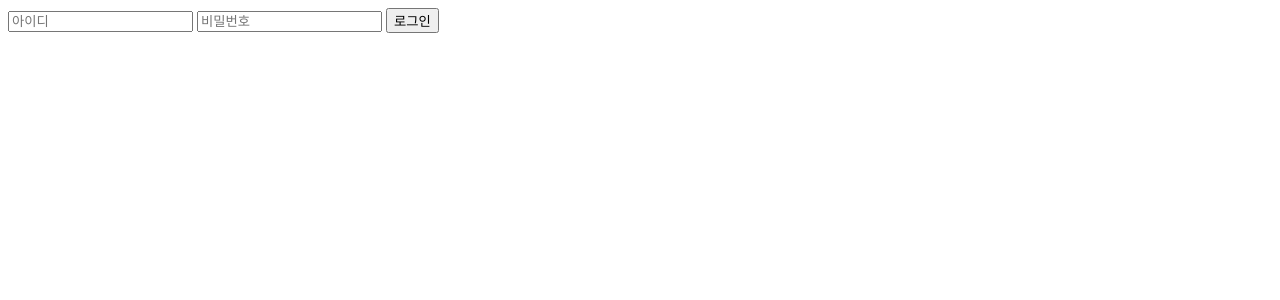
Repository: eyonghwan/jsp_practice
Page: http://localhost/JSPBasic/JspObject/1.requests/req_login_form.jsp
An editor plug-in stored every save of this project. The page is shown before and after the next save, followed by the edit.
The browser window is 1280 px wide. The pictures show the whole page.
The page is served by Tomcat 9.

Above is the page before, as saved 2022-02-04 01:26:03.

After the next save:
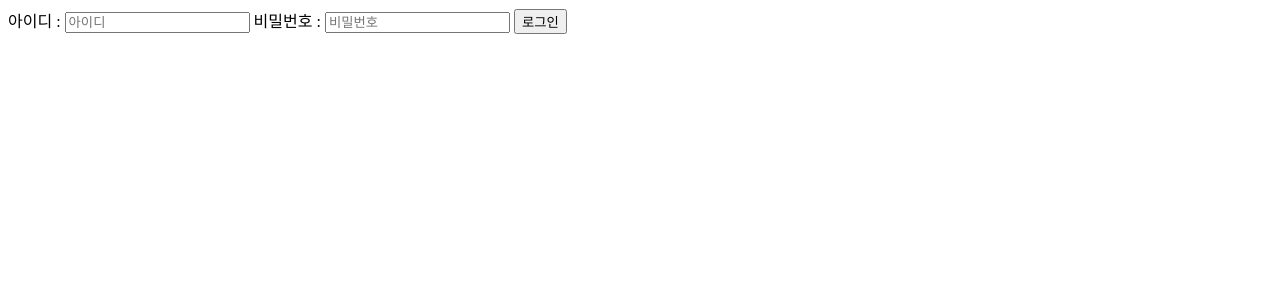
Saved 91 s later.
--- a/JSPBasic/src/main/webapp/JspObject/1.requests/req_login_form.jsp
+++ b/JSPBasic/src/main/webapp/JspObject/1.requests/req_login_form.jsp
@@ -8,8 +8,8 @@
 </head>
 <body>
 <form action="req_login_result.jsp" method="get">
-	<input type="text" name="id" placeholder="아이디"/>
-	<input type="password" name="pw" placeholder="비밀번호"/>
+	아이디 : <input type="text" name="id" placeholder="아이디"/>
+	비밀번호 : <input type="password" name="pw" placeholder="비밀번호"/>
 	<input type="submit" value="로그인"/>
 </form>
 </body>
